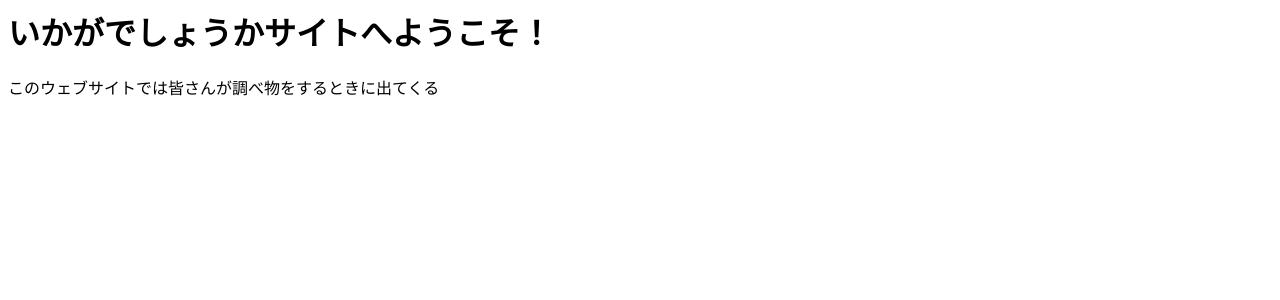
Repository: ghevp/ikagadeshoka
Page: page/home.html
The author's editor kept a copy of each file at every save. The page is drawn from the files as they stood at one save, then again after the next save.
The browser window is 1280 px wide. The pictures show the whole page.

Above is the page before, as saved 2022-06-23 02:47:01.

After the next save:
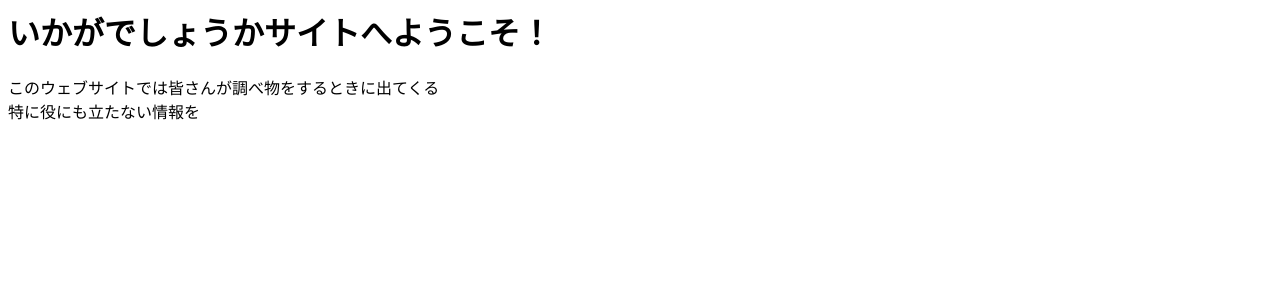
Saved 11 s later.
--- a/page/home.html
+++ b/page/home.html
@@ -1,4 +1,5 @@
 <div class="home">
     <h1>いかがでしょうかサイトへようこそ！</h1>
-    <p>このウェブサイトでは皆さんが調べ物をするときに出てくる</p>
+    <p>このウェブサイトでは皆さんが調べ物をするときに出てくる<br>
+    特に役にも立たない情報を</p>
 </div>
